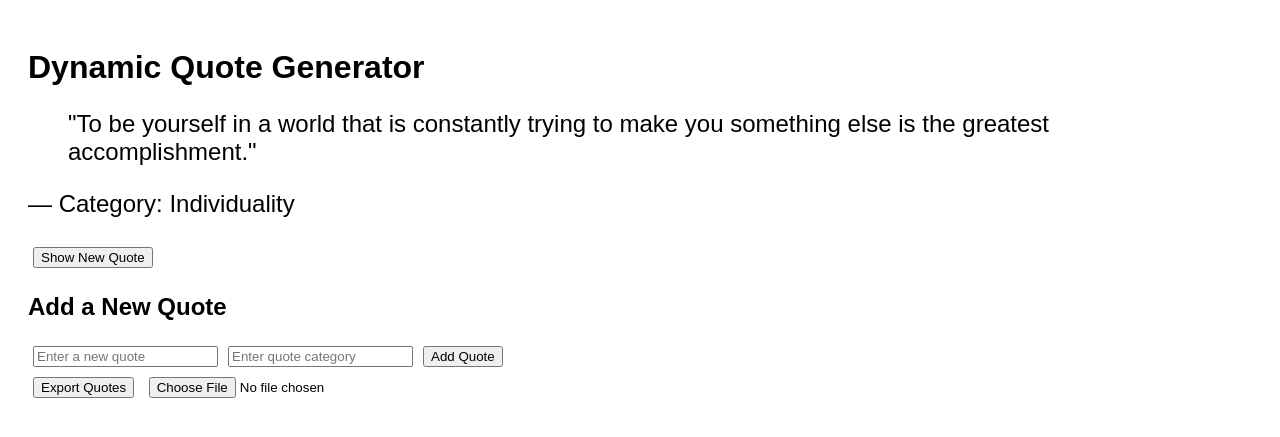
Repository: Patience225/alx_fe_javascript
Page: dom-manipulation/index.html
These files come from the project's save history. The page is drawn as it stood at one moment and after the next save; the edit follows.
The browser window is 1280 px wide. The pictures show the whole page.

Above is the page before, as saved 2025-02-02 07:03:27.

### dom-manipulation/index.html
<!DOCTYPE html>
<html lang="en">
<head>
  <meta charset="UTF-8" />
  <meta name="viewport" content="width=device-width, initial-scale=1.0" />
  <title>Dynamic Quote Generator</title>
  <style>
    body { font-family: Arial, sans-serif; padding: 20px; }
    #quoteDisplay { margin-bottom: 20px; font-size: 1.5em; }
    input { margin: 5px; }
    button { margin: 5px; }
  </style>
</head>
<body>
  <h1>Dynamic Quote Generator</h1>
  <div id="quoteDisplay">Your quote will appear here.</div>
  <button id="newQuote">Show New Quote</button>

  <!-- The Add Quote form is created dynamically in script.js -->
  <div id="addQuoteContainer"></div>

  <!-- JSON Import/Export Section (now statically included) -->
  <div id="jsonActions">
    <button id="exportQuotesButton">Export Quotes</button>
    <input type="file" id="importFile" accept=".json" onchange="importFromJsonFile(event)" />
  </div>

  <script src="script.js"></script>
</body>
</html>

### dom-manipulation/script.js
// script.js

// Global array to store quotes
let quotes = [];

/**
 * Saves the current quotes array to localStorage.
 */
function saveQuotes() {
  localStorage.setItem('quotes', JSON.stringify(quotes));
}

/**
 * Loads quotes from localStorage. If none exist, load sample quotes.
 */
function loadQuotes() {
  const storedQuotes = localStorage.getItem('quotes');
  if (storedQuotes) {
    quotes = JSON.parse(storedQuotes);
  } else {
    // If no quotes in storage, initialize with some sample quotes.
    quotes = [
      { text: "The only limit to our realization of tomorrow is our doubts of today.", category: "Motivation" },
      { text: "Life is what happens when you're busy making other plans.", category: "Life" },
      { text: "To be yourself in a world that is constantly trying to make you something else is the greatest accomplishment.", category: "Individuality" }
    ];
    saveQuotes();
  }
}

/**
 * Displays a random quote from the quotes array in the #quoteDisplay element.
 * Also saves the displayed quote in sessionStorage.
 */
function showRandomQuote() {
  if (quotes.length === 0) {
    document.getElementById("quoteDisplay").textContent = "No quotes available!";
    return;
  }

  const randomIndex = Math.floor(Math.random() * quotes.length);
  const quote = quotes[randomIndex];

  const quoteDisplay = document.getElementById("quoteDisplay");
  quoteDisplay.innerHTML = `
    <blockquote>"${quote.text}"</blockquote>
    <p>— Category: ${quote.category}</p>
  `;

  // Save the last displayed quote in sessionStorage
  sessionStorage.setItem('lastQuote', JSON.stringify(quote));
}

/**
 * Adds a new quote to the quotes array based on user input.
 */
function addQuote() {
  const quoteTextInput = document.getElementById("newQuoteText");
  const quoteCategoryInput = document.getElementById("newQuoteCategory");

  const text = quoteTextInput.value.trim();
  const category = quoteCategoryInput.value.trim();

  if (!text || !category) {
    alert("Please enter both a quote and a category.");
    return;
  }

  const newQuote = { text, category };
  quotes.push(newQuote);
  saveQuotes();

  // Clear input fields after adding the quote
  quoteTextInput.value = "";
  quoteCategoryInput.value = "";

  alert("Quote added successfully!");
}

/**
 * Dynamically creates the form for adding new quotes and appends it to #addQuoteContainer.
 */
function createAddQuoteForm() {
  const formContainer = document.getElementById("addQuoteContainer");

  const formHeading = document.createElement("h2");
  formHeading.textContent = "Add a New Quote";
  formContainer.appendChild(formHeading);

  const quoteTextInput = document.createElement("input");
  quoteTextInput.id = "newQuoteText";
  quoteTextInput.type = "text";
  quoteTextInput.placeholder = "Enter a new quote";
  formContainer.appendChild(quoteTextInput);

  const quoteCategoryInput = document.createElement("input");
  quoteCategoryInput.id = "newQuoteCategory";
  quoteCategoryInput.type = "text";
  quoteCategoryInput.placeholder = "Enter quote category";
  formContainer.appendChild(quoteCategoryInput);

  const addQuoteButton = document.createElement("button");
  addQuoteButton.id = "addQuoteButton";
  addQuoteButton.textContent = "Add Quote";
  addQuoteButton.addEventListener("click", addQuote);
  formContainer.appendChild(addQuoteButton);
}

/**
 * Exports the quotes array as a downloadable JSON file.
 * This function name now matches the expected exportToJsonFile.
 */
function exportToJsonFile() {
  const jsonString = JSON.stringify(quotes, null, 2);
  const blob = new Blob([jsonString], { type: 'application/json' });
  const url = URL.createObjectURL(blob);
  const a = document.createElement("a");
  a.href = url;
  a.download = "quotes.json";
  a.click();
  URL.revokeObjectURL(url);
}

/**
 * Imports quotes from a selected JSON file.
 * Updates the quotes array and saves to localStorage.
 */
function importFromJsonFile(event) {
  const fileReader = new FileReader();
  fileReader.onload = function(e) {
    try {
      const importedQuotes = JSON.parse(e.target.result);
      if (Array.isArray(importedQuotes)) {
        quotes.push(...importedQuotes);
        saveQuotes();
        alert("Quotes imported successfully!");
      } else {
        alert("Invalid JSON format: Expected an array of quotes.");
      }
    } catch (error) {
      alert("Error parsing JSON file: " + error.message);
    }
  };
  fileReader.readAsText(event.target.files[0]);
}

/**
 * Checks sessionStorage for a last viewed quote and displays it if found.
 */
function displayLastViewedQuote() {
  const lastQuoteString = sessionStorage.getItem('lastQuote');
  if (lastQuoteString) {
    const lastQuote = JSON.parse(lastQuoteString);
    document.getElementById("quoteDisplay").innerHTML = `
      <blockquote>"${lastQuote.text}"</blockquote>
      <p>— Category: ${lastQuote.category} (Last Viewed)</p>
    `;
  }
}

// Initialize the app once the DOM is fully loaded.
document.addEventListener("DOMContentLoaded", () => {
  loadQuotes();
  createAddQuoteForm();

  // Attach event listener to the "Show New Quote" button
  document.getElementById("newQuote").addEventListener("click", showRandomQuote);

  // Attach event listener to the "Export Quotes" button (from index.html)
  document.getElementById("exportQuotesButton").addEventListener("click", exportToJsonFile);

  // Display last viewed quote from sessionStorage if available; otherwise, show a random quote.
  if (sessionStorage.getItem('lastQuote')) {
    displayLastViewedQuote();
  } else {
    showRandomQuote();
  }
});

After the next save:
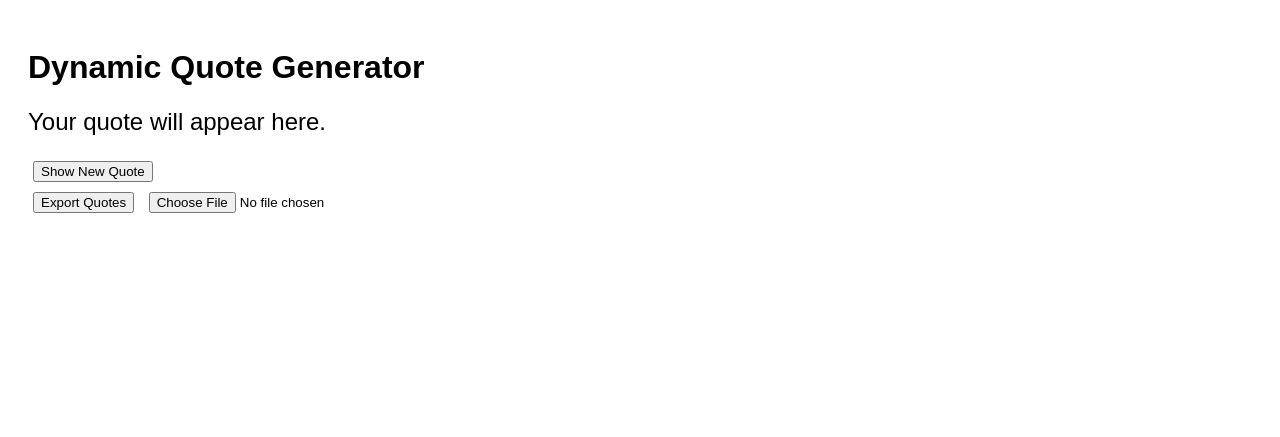
Console error: TypeError: Cannot set properties of null (setting 'innerHTML')
Saved 4 min 2 s later.
--- a/dom-manipulation/script.js
+++ b/dom-manipulation/script.js
@@ -18,7 +18,7 @@ function loadQuotes() {
   if (storedQuotes) {
     quotes = JSON.parse(storedQuotes);
   } else {
-    // If no quotes in storage, initialize with some sample quotes.
+    // Initialize with sample quotes if not found in storage.
     quotes = [
       { text: "The only limit to our realization of tomorrow is our doubts of today.", category: "Motivation" },
       { text: "Life is what happens when you're busy making other plans.", category: "Life" },
@@ -29,6 +29,67 @@ function loadQuotes() {
 }
 
 /**
+ * Displays quotes based on the currently selected filter.
+ * If no filter is selected or "all" is chosen, displays a random quote.
+ */
+function filterQuotes() {
+  const filterSelect = document.getElementById("categoryFilter");
+  const selectedCategory = filterSelect.value;
+
+  // Save the selected category to local storage
+  localStorage.setItem('selectedCategory', selectedCategory);
+
+  // If "all" is selected, show a random quote.
+  if (selectedCategory === "all") {
+    showRandomQuote();
+    return;
+  }
+
+  // Filter quotes by the selected category
+  const filteredQuotes = quotes.filter(q => q.category === selectedCategory);
+
+  // Update the display area with the filtered quotes or a message if none match.
+  const quoteDisplay = document.getElementById("quoteDisplay");
+  if (filteredQuotes.length > 0) {
+    // Display the first filtered quote (you could extend this to show multiple quotes or a random one)
+    const quote = filteredQuotes[0];
+    quoteDisplay.innerHTML = `
+      <blockquote>"${quote.text}"</blockquote>
+      <p>— Category: ${quote.category}</p>
+    `;
+  } else {
+    quoteDisplay.textContent = "No quotes available for the selected category.";
+  }
+}
+
+/**
+ * Populates the category filter dropdown with unique categories from the quotes array.
+ */
+function populateCategories() {
+  const filterSelect = document.getElementById("categoryFilter");
+
+  // Extract unique categories using map and Set
+  const categories = [...new Set(quotes.map(q => q.category))];
+
+  // Remove any options except for "All Categories"
+  filterSelect.innerHTML = '<option value="all">All Categories</option>';
+
+  // Create and append an option for each unique category
+  categories.forEach(category => {
+    const option = document.createElement("option");
+    option.value = category;
+    option.textContent = category;
+    filterSelect.appendChild(option);
+  });
+
+  // Restore the last selected category if available
+  const lastSelected = localStorage.getItem('selectedCategory');
+  if (lastSelected) {
+    filterSelect.value = lastSelected;
+  }
+}
+
+/**
  * Displays a random quote from the quotes array in the #quoteDisplay element.
  * Also saves the displayed quote in sessionStorage.
  */
@@ -53,6 +114,7 @@ function showRandomQuote() {
 
 /**
  * Adds a new quote to the quotes array based on user input.
+ * Also updates the category dropdown if a new category is introduced.
  */
 function addQuote() {
   const quoteTextInput = document.getElementById("newQuoteText");
@@ -70,9 +132,12 @@ function addQuote() {
   quotes.push(newQuote);
   saveQuotes();
 
-  // Clear input fields after adding the quote
+  // Clear the input fields after adding the quote
   quoteTextInput.value = "";
   quoteCategoryInput.value = "";
+
+  // Update the category filter options
+  populateCategories();
 
   alert("Quote added successfully!");
 }
@@ -133,6 +198,8 @@ function importFromJsonFile(event) {
       if (Array.isArray(importedQuotes)) {
         quotes.push(...importedQuotes);
         saveQuotes();
+        // Update category dropdown in case new categories were added.
+        populateCategories();
         alert("Quotes imported successfully!");
       } else {
         alert("Invalid JSON format: Expected an array of quotes.");
@@ -160,7 +227,13 @@ function displayLastViewedQuote() {
 
 // Initialize the app once the DOM is fully loaded.
 document.addEventListener("DOMContentLoaded", () => {
+  // Load quotes from local storage (or initialize with sample quotes)
   loadQuotes();
+
+  // Populate the category filter dropdown
+  populateCategories();
+
+  // Create and attach the Add Quote form
   createAddQuoteForm();
 
   // Attach event listener to the "Show New Quote" button

After the save that followed:
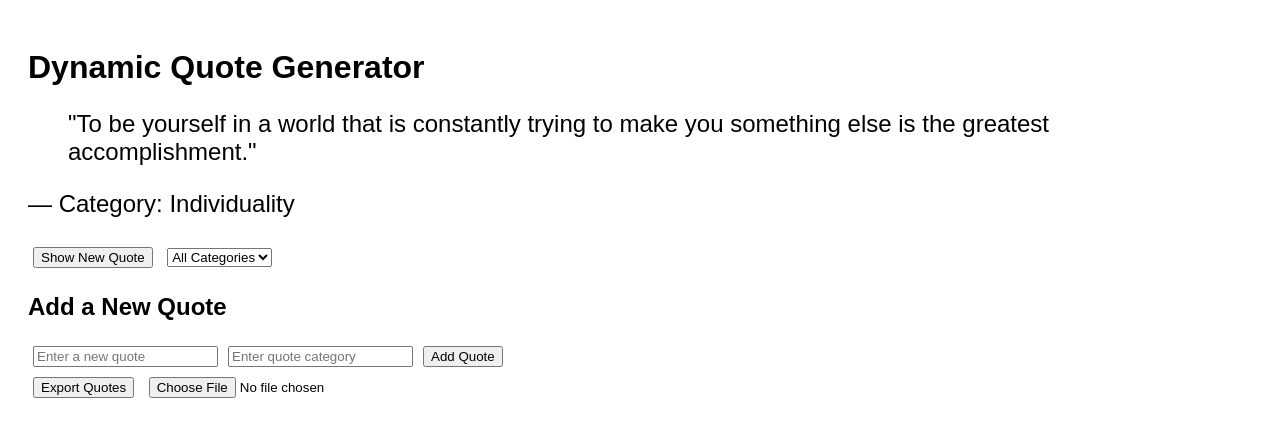
The error is gone.
Saved 24 s later.
--- a/dom-manipulation/index.html
+++ b/dom-manipulation/index.html
@@ -7,19 +7,26 @@
   <style>
     body { font-family: Arial, sans-serif; padding: 20px; }
     #quoteDisplay { margin-bottom: 20px; font-size: 1.5em; }
-    input { margin: 5px; }
-    button { margin: 5px; }
+    input, select, button { margin: 5px; }
   </style>
 </head>
 <body>
   <h1>Dynamic Quote Generator</h1>
+
+  <!-- Quote display section -->
   <div id="quoteDisplay">Your quote will appear here.</div>
   <button id="newQuote">Show New Quote</button>
 
-  <!-- The Add Quote form is created dynamically in script.js -->
+  <!-- Category Filter Dropdown -->
+  <select id="categoryFilter" onchange="filterQuotes()">
+    <option value="all">All Categories</option>
+    <!-- Additional options will be added dynamically -->
+  </select>
+
+  <!-- Container for dynamically created add-quote form -->
   <div id="addQuoteContainer"></div>
 
-  <!-- JSON Import/Export Section (now statically included) -->
+  <!-- JSON Import/Export Section -->
   <div id="jsonActions">
     <button id="exportQuotesButton">Export Quotes</button>
     <input type="file" id="importFile" accept=".json" onchange="importFromJsonFile(event)" />
